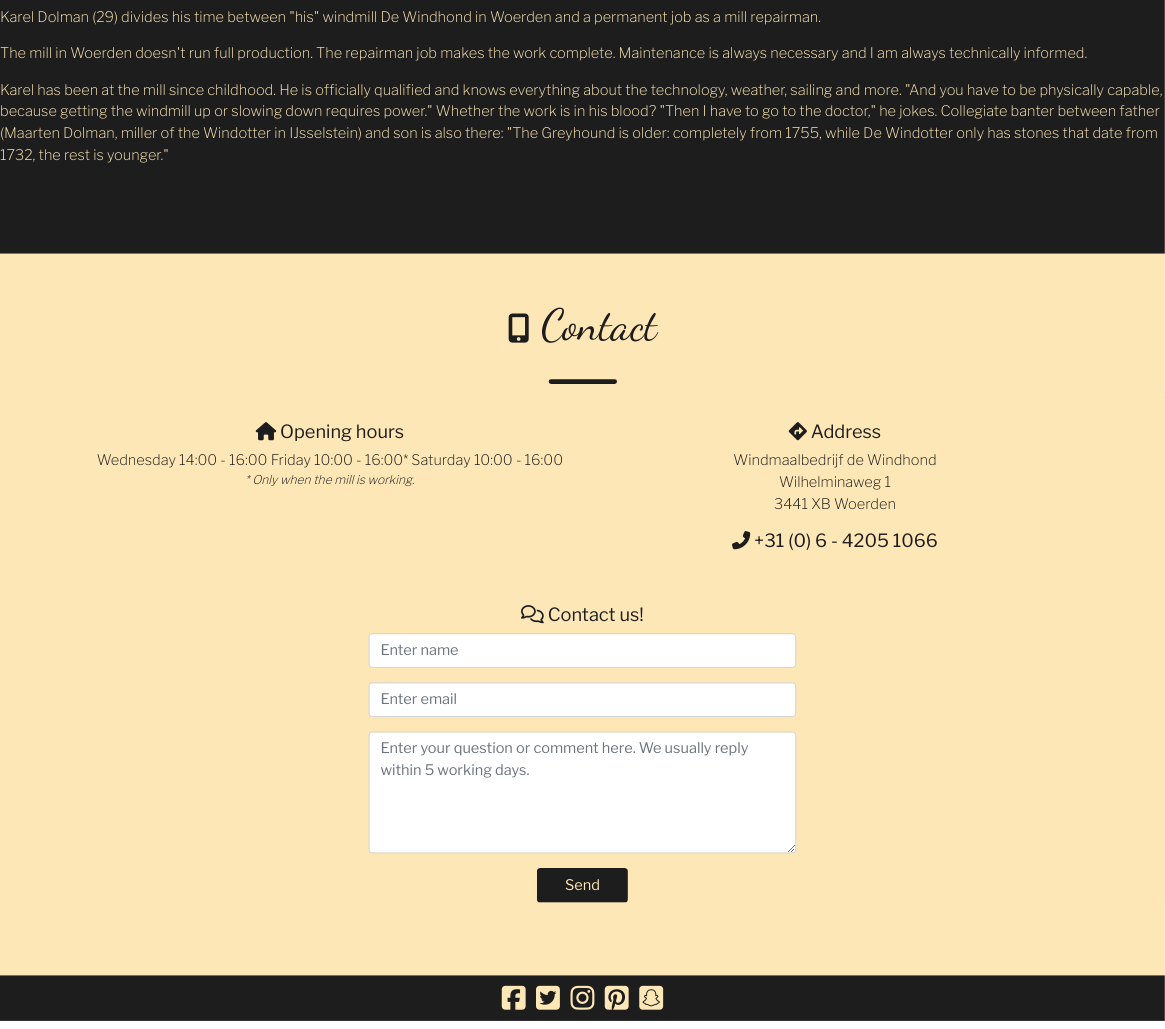
Repository: jdl208/DeWindhond
Page: index.html
The author's editor kept a record of every edit. The page is drawn from the files as they stood at one moment, then again after the next edit.
The browser window is 1280 px wide. The pictures show the part of the page from y = 2357 to 3488 px (the page is 3488 px tall before and 3296 px after), at 91% of full size.
Some web libraries are served in a nearby version.

Above is the page before.

After the next edit:
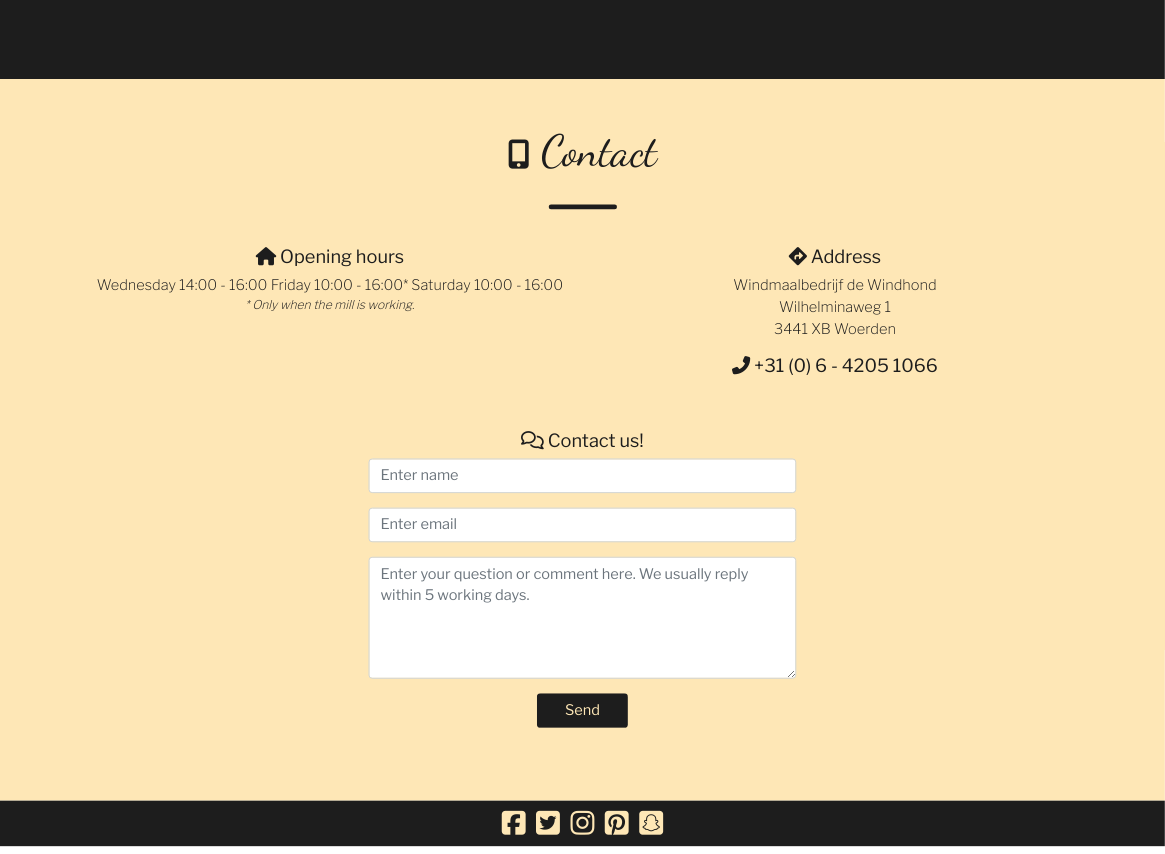
The edit:
--- a/index.html
+++ b/index.html
@@ -124,12 +124,11 @@
 
                 <iframe width="100%" height="315" src="https://www.youtube.com/embed/lAjF5r5rAqM" frameborder="0" allow="accelerometer; autoplay; encrypted-media; gyroscope; picture-in-picture" allowfullscreen></iframe>
             </div>
-                <p>Karel Dolman (29) divides his time between "his" windmill De Windhond in Woerden and a permanent job as a mill repairman.</p>
-                <p>The mill in Woerden doesn't run full production. The repairman job makes the work complete. Maintenance is always necessary and I am always technically informed.</p>
-                <p>Karel has been at the mill since childhood. He is officially qualified and knows everything about the technology, weather, sailing and more. "And you have to be physically capable, because getting the windmill up or slowing down requires
-                    power." Whether the work is in his blood? "Then I have to go to the doctor," he jokes. Collegiate banter between father (Maarten Dolman, miller of the Windotter in IJsselstein) and son is also there: "The Greyhound is older: completely
-                    from 1755, while De Windotter only has stones that date from 1732, the rest is younger."</p>
-            </div>
+<!--<p>Karel Dolman (29) divides his time between "his" windmill De Windhond in Woerden and a permanent job as a mill repairman.</p>-->
+<!--<p>The mill in Woerden doesn't run full production. The repairman job makes the work complete. Maintenance is always necessary and I am always technically informed.</p>-->
+<!--<p>Karel has been at the mill since childhood. He is officially qualified and knows everything about the technology, weather, sailing and more. "And you have to be physically capable, because getting the windmill up or slowing down requires-->
+<!--    power." Whether the work is in his blood? "Then I have to go to the doctor," he jokes. Collegiate banter between father (Maarten Dolman, miller of the Windotter in IJsselstein) and son is also there: "The Greyhound is older: completely-->
+<!--    from 1755, while De Windotter only has stones that date from 1732, the rest is younger."</p>-->
 
         </div>
     </section>
